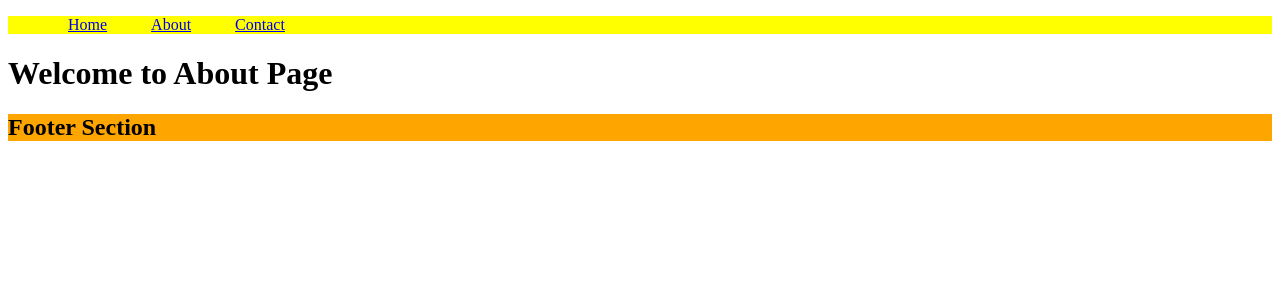
Repository: mofrey-max/clc-second
Page: about.html
The author's editor kept a copy of each file at every save. The page is drawn from the files as they stood at one save, then again after the next save.
The browser window is 1280 px wide. The pictures show the whole page.

Above is the page before, as saved 2020-05-20 10:34:16.

After the next save:
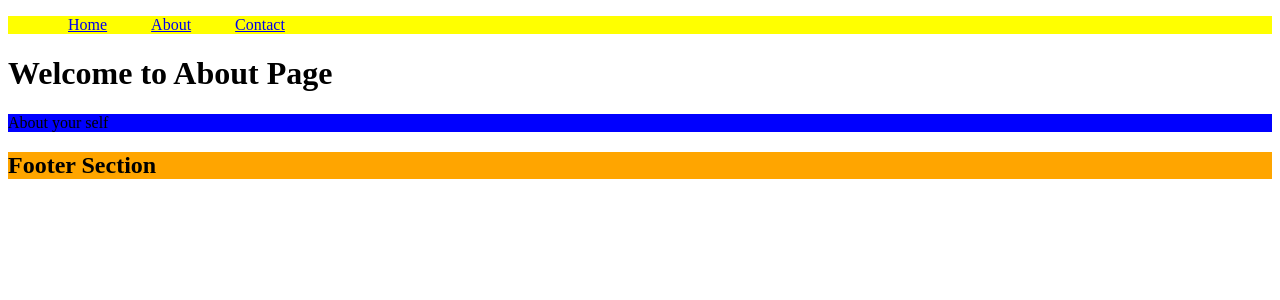
Saved 53 s later.
--- a/about.html
+++ b/about.html
@@ -26,6 +26,10 @@ li{
 </nav>
 
 <h1>Welcome to About Page</h1>
+<div style="background-color:blue" height="100px" color="white" width="100px">
+<p> About your self</p>
+
+</div>
 
 <div style="background-color:orange">
 <h2>Footer Section</h2>
